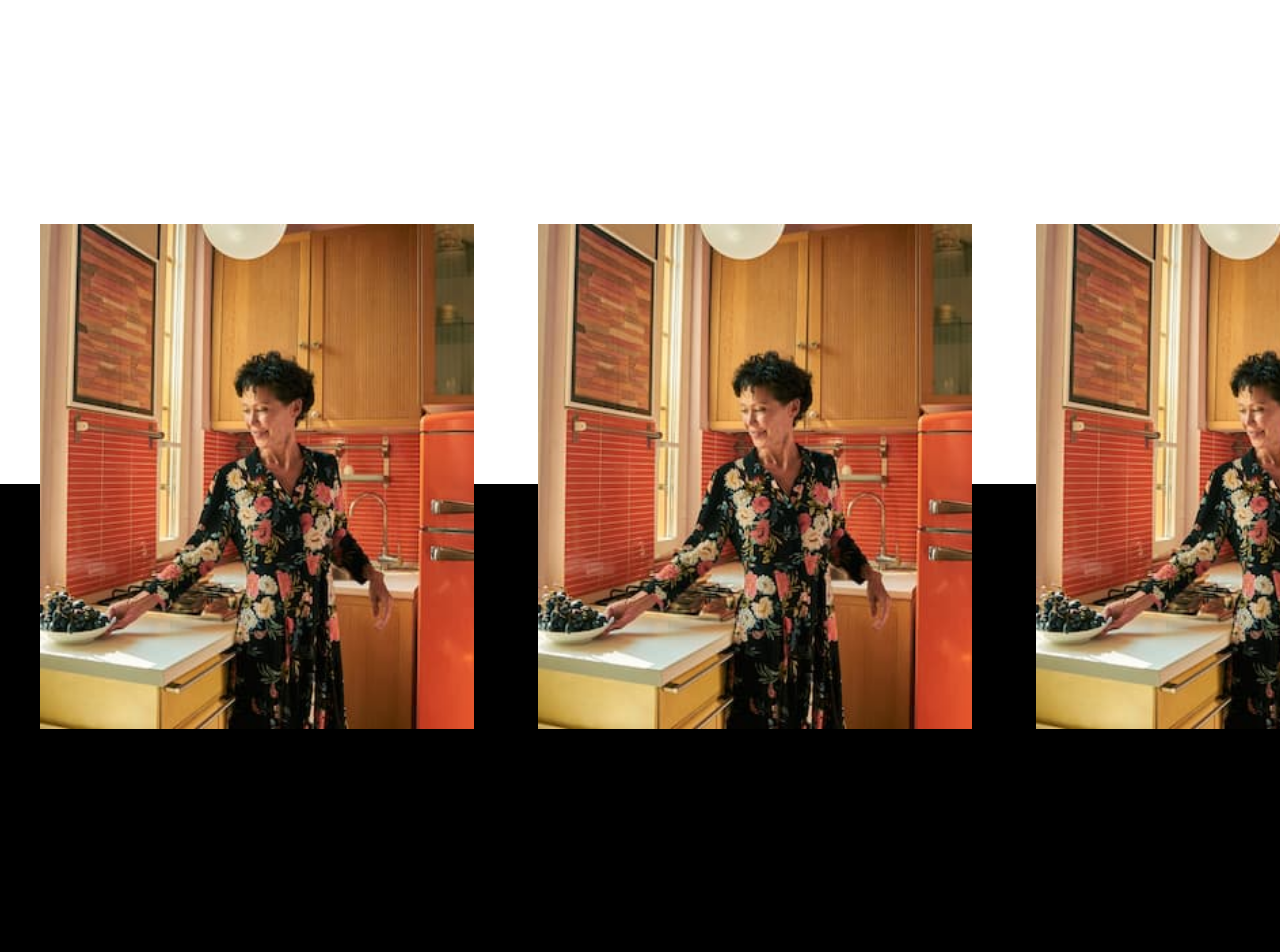
Repository: HoanTiny/AirbnbClone
Page: page3.html
An editor plug-in stored every save of this project. The page is shown before and after the next save, followed by the edit.
The browser window is 1280 px wide. The pictures show the part of the page from y = 984 to 1936 px (the page is 1968 px tall).

Above is the page before, as saved 2021-09-13 10:44:06.

### page3.html
<!DOCTYPE html>
<html lang="en">
    <head>
        <meta charset="UTF-8" />
        <meta http-equiv="X-UA-Compatible" content="IE=edge" />
        <meta name="viewport" content="width=device-width, initial-scale=1.0" />
        <link rel="stylesheet" href="./acess/css/mainpage3.css" />
        <link rel="stylesheet" href="./acess/css/gird.css" />
        <link rel="stylesheet" href="./acess/css/base.css" />
        <link rel="stylesheet" href="./acess/css/reponsive.css" />
        <link
            rel="stylesheet"
            href="./acess/font/fontawesome-free-5.15.3-web/css/all.min.css"
        />
        <title>Cho thuê nhà</title>
    </head>
    <body>
        <div class="app-p3">
            <div class="banner">
                <div class="banner__left">
                    <div class="banner__left-img">
                        <svg
                            width="30"
                            height="32"
                            fill="currentcolor"
                            color="#fff"
                            style="display: block"
                        >
                            <path
                                d="M29.24 22.68c-.16-.39-.31-.8-.47-1.15l-.74-1.67-.03-.03c-2.2-4.8-4.55-9.68-7.04-14.48l-.1-.2c-.25-.47-.5-.99-.76-1.47-.32-.57-.63-1.18-1.14-1.76a5.3 5.3 0 00-8.2 0c-.47.58-.82 1.19-1.14 1.76-.25.52-.5 1.03-.76 1.5l-.1.2c-2.45 4.8-4.84 9.68-7.04 14.48l-.06.06c-.22.52-.48 1.06-.73 1.64-.16.35-.32.73-.48 1.15a6.8 6.8 0 007.2 9.23 8.38 8.38 0 003.18-1.1c1.3-.73 2.55-1.79 3.95-3.32 1.4 1.53 2.68 2.59 3.95 3.33A8.38 8.38 0 0022.75 32a6.79 6.79 0 006.75-5.83 5.94 5.94 0 00-.26-3.5zm-14.36 1.66c-1.72-2.2-2.84-4.22-3.22-5.95a5.2 5.2 0 01-.1-1.96c.07-.51.26-.96.52-1.34.6-.87 1.65-1.41 2.8-1.41a3.3 3.3 0 012.8 1.4c.26.4.45.84.51 1.35.1.58.06 1.25-.1 1.96-.38 1.7-1.5 3.74-3.21 5.95zm12.74 1.48a4.76 4.76 0 01-2.9 3.75c-.76.32-1.6.41-2.42.32-.8-.1-1.6-.36-2.42-.84a15.64 15.64 0 01-3.63-3.1c2.1-2.6 3.37-4.97 3.85-7.08.23-1 .26-1.9.16-2.73a5.53 5.53 0 00-.86-2.2 5.36 5.36 0 00-4.49-2.28c-1.85 0-3.5.86-4.5 2.27a5.18 5.18 0 00-.85 2.21c-.13.84-.1 1.77.16 2.73.48 2.11 1.78 4.51 3.85 7.1a14.33 14.33 0 01-3.63 3.12c-.83.48-1.62.73-2.42.83a4.76 4.76 0 01-5.32-4.07c-.1-.8-.03-1.6.29-2.5.1-.32.25-.64.41-1.02.22-.52.48-1.06.73-1.6l.04-.07c2.16-4.77 4.52-9.64 6.97-14.41l.1-.2c.25-.48.5-.99.76-1.47.26-.51.54-1 .9-1.4a3.32 3.32 0 015.09 0c.35.4.64.89.9 1.4.25.48.5 1 .76 1.47l.1.2c2.44 4.77 4.8 9.64 7 14.41l.03.03c.26.52.48 1.1.73 1.6.16.39.32.7.42 1.03.19.9.29 1.7.19 2.5z"
                            ></path>
                        </svg>
                    </div>
                    <div class="banner__left-conttent">
                        <h1 class="banner__left-heading">
                            Đón tiếp khách làm nên linh hồn của Airbnb
                        </h1>
                        <button class="banner__left-btn">
                            Thử đón tiếp khách
                        </button>
                    </div>
                    <i class="fas fa-chevron-down banner__left-icon"></i>
                </div>
                <div class="banner-right">
                    <video
                        id="video"
                        src="./acess/img/Cho thuê nhà trên Airbnb.webm"
                        class="banner__right-video"
                        autoplay
                        crossorigin="anonymous"
                        playsinline
                        preload="auto"
                        aria-label="Chelsea, Chủ nhà ở Philadelphia, mỉm cười khi mở cửa. Soraya, Chủ nhà ở Mumbai, mỉm cười khi mở cửa trước cùng một người khác ở bên cạnh. Mohamed, Chủ nhà ở Johannesburg, mỉm cười khi mở cửa. Maria, Chủ nhà ở Mexico City, gật đầu mỉm cười khi mang cây đi."
                    ></video>
                </div>
            </div>
            <div class="content">
                <div class="content__heading">
                    <div class="grid wide">
                        <h2 class="content__heading-top">
                            Bạn có thể đón tiếp bất kỳ ai, ở bất cứ đâu
                        </h2>
                    </div>
                    <div class="grid wide">
                        <div class="content__home">
                            <div class="home__img">
                                <img src="./acess/img/home-p3.jpg" class="img content__home-img"></img>
                            </div>
                            <div class="home__img">
                                <img src="./acess/img/home-p3.jpg" class="img content__home-img"></img>
                            </div>
                            <div class="home__img">
                                <img src="./acess/img/home-p3.jpg" class="img content__home-img"></img>
                            </div>
                            <div class="home__img">
                                <img src="./acess/img/home-p3.jpg" class="img content__home-img"></img>
                            </div>
                        </div>
                    </div>
                </div>
                <div class="content__search"></div>
            </div>
        </div>
        <script>
            var videoPlayer = document.getElementById("video");
            // Auto play, half volume.
            videoPlayer.play();
            videoPlayer.volume = 0.5;

            // Play / pause.
            videoPlayer.addEventListener("click", function () {
                if (videoPlayer.paused == false) {
                    videoPlayer.pause();
                    videoPlayer.firstChild.nodeValue = "Play";
                } else {
                    videoPlayer.play();
                    videoPlayer.firstChild.nodeValue = "Pause";
                }
            });
        </script>
    </body>
</html>

### acess/css/mainpage3.css
body {
    margin: 0;
}

.banner {
    height: 100vh;
    display: flex;
    justify-content: center;
}
.banner__left {
    width: 50%;
    background-color: #000;
    position: relative;
}
.banner__left-img {
    padding: 24px;
}
.banner__left-conttent {
    display: flex;
    flex-direction: column;
    align-items: center;
    justify-content: center;
    position: absolute;
    top: 50%;
    left: 50%;
    transform: translate(-50%, -50%);
    width: fit-content;
}
.banner__left-heading {
    color: #fff;
    text-align: center;
    font-size: 6.8rem;
    line-height: 7rem;
    padding: 12px 24px;
    font-weight: 500;
}
.banner__left-btn {
    padding: 18px 32px;
    font-size: 1.8rem;
    border-radius: 12px;
    background-image: linear-gradient(
        to right,
        rgb(229, 29, 80),
        rgb(220, 14, 100)
    );
    color: var(--white-color);
    border: none;
    cursor: pointer;
}

.banner__left-icon {
    color: var(--white-color);
    position: absolute;
    bottom: 32px;
    font-size: 1.5rem;
    left: 50%;
    padding: 12px;
    margin-left: -12px;
    border-radius: 50%;
    cursor: pointer;
}

.banner__left-icon:hover {
    background-color: #999;
}

.banner-right {
    width: 50%;
}

.banner__right-video {
    object-fit: cover;
    object-position: center top;
    width: 100%;
    height: 100%;
}

.content__heading {
    position: relative;
    height: 700px;
}

.content__heading-top {
    margin-top: 48px;
    font-size: 5.8rem;
    line-height: 6.8rem;
    text-align: left;
    width: 60%;
}

.content__home {
    position: absolute;
    bottom: -35%;
    max-width: 100%;
    overflow-x: auto;
    flex-wrap: nowrap;
    display: flex;
}

.home__img {
    flex-shrink: 0;
    width: 35%;
    margin-right: 64px;
}

.content__home-img {
    height: 100%;
    width: 100%;
}

.content__search {
    background-color: #000;
    height: 500px;
}

### acess/css/gird.css
.grid {
    width: 100%;
    display: block;
    padding: 0;
}

.grid.wide {
    max-width: 1200px;
    margin: 0 auto;
}

.row {
    display: flex;
    flex-wrap: wrap;
    margin-left: -8px;
    margin-right: -8px;
}

.row.no-gutters {
    margin-left: 0;
    margin-right: 0;
}

.col {
    padding-left: 12px;
    padding-right: 12px;
}

.row.no-gutters .col {
    padding-left: 0;
    padding-right: 0;
}

.c-0 {
    display: none;
}

.c-1 {
    flex: 0 0 8.33333%;
    max-width: 8.33333%;
}

.c-2 {
    flex: 0 0 16.66667%;
    max-width: 16.66667%;
}

.c-3 {
    flex: 0 0 25%;
    max-width: 25%;
}

.c-4 {
    flex: 0 0 33.33333%;
    max-width: 33.33333%;
}

.c-5 {
    flex: 0 0 41.66667%;
    max-width: 41.66667%;
}

.c-6 {
    flex: 0 0 50%;
    max-width: 50%;
}

.c-7 {
    flex: 0 0 58.33333%;
    max-width: 58.33333%;
}

.c-8 {
    flex: 0 0 66.66667%;
    max-width: 66.66667%;
}

.c-9 {
    flex: 0 0 75%;
    max-width: 75%;
}

.c-10 {
    flex: 0 0 83.33333%;
    max-width: 83.33333%;
}

.c-11 {
    flex: 0 0 91.66667%;
    max-width: 91.66667%;
}

.c-12 {
    flex: 0 0 100%;
    max-width: 100%;
}

.c-o-1 {
    margin-left: 8.33333%;
}

.c-o-2 {
    margin-left: 16.66667%;
}

.c-o-3 {
    margin-left: 25%;
}

.c-o-4 {
    margin-left: 33.33333%;
}

.c-o-5 {
    margin-left: 41.66667%;
}

.c-o-6 {
    margin-left: 50%;
}

.c-o-7 {
    margin-left: 58.33333%;
}

.c-o-8 {
    margin-left: 66.66667%;
}

.c-o-9 {
    margin-left: 75%;
}

.c-o-10 {
    margin-left: 83.33333%;
}

.c-o-11 {
    margin-left: 91.66667%;
}

/* >= Tablet */
@media (min-width: 740px) {
    .row {
        margin-left: -4px;
        margin-right: -4px;
    }

    .col {
        padding-left: 4px;
        padding-right: 4px;
    }

    .m-0 {
        display: none;
    }

    .m-1,
    .m-2,
    .m-3,
    .m-4,
    .m-5,
    .m-6,
    .m-7,
    .m-8,
    .m-9,
    .m-10,
    .m-11,
    .m-12 {
        display: block;
    }

    .m-1 {
        flex: 0 0 8.33333%;
        max-width: 8.33333%;
    }

    .m-2 {
        flex: 0 0 16.66667%;
        max-width: 16.66667%;
    }

    .m-3 {
        flex: 0 0 25%;
        max-width: 25%;
    }

    .m-4 {
        flex: 0 0 33.33333%;
        max-width: 33.33333%;
    }

    .m-5 {
        flex: 0 0 41.66667%;
        max-width: 41.66667%;
    }

    .m-6 {
        flex: 0 0 50%;
        max-width: 50%;
    }

    .m-7 {
        flex: 0 0 58.33333%;
        max-width: 58.33333%;
    }

    .m-8 {
        flex: 0 0 66.66667%;
        max-width: 66.66667%;
    }

    .m-9 {
        flex: 0 0 75%;
        max-width: 75%;
    }

    .m-10 {
        flex: 0 0 83.33333%;
        max-width: 83.33333%;
    }

    .m-11 {
        flex: 0 0 91.66667%;
        max-width: 91.66667%;
    }

    .m-12 {
        flex: 0 0 100%;
        max-width: 100%;
    }

    .m-o-1 {
        margin-left: 8.33333%;
    }

    .m-o-2 {
        margin-left: 16.66667%;
    }

    .m-o-3 {
        margin-left: 25%;
    }

    .m-o-4 {
        margin-left: 33.33333%;
    }

    .m-o-5 {
        margin-left: 41.66667%;
    }

    .m-o-6 {
        margin-left: 50%;
    }

    .m-o-7 {
        margin-left: 58.33333%;
    }

    .m-o-8 {
        margin-left: 66.66667%;
    }

    .m-o-9 {
        margin-left: 75%;
    }

    .m-o-10 {
        margin-left: 83.33333%;
    }

    .m-o-11 {
        margin-left: 91.66667%;
    }
}

/* PC medium resolution > */
@media (min-width: 1113px) {
    .row {
        margin-left: -12px;
        margin-right: -12px;
    }

    .row.sm-gutter {
        margin-left: -5px;
        margin-right: -5px;
    }

    .col {
        padding-left: 12px;
        padding-right: 12px;
    }

    .row.sm-gutter .col {
        padding-left: 5px;
        padding-right: 5px;
    }

    .l-0 {
        display: none;
    }

    .l-1,
    .l-2,
    .l-2-4,
    .l-3,
    .l-4,
    .l-5,
    .l-6,
    .l-7,
    .l-8,
    .l-9,
    .l-10,
    .l-11,
    .l-12 {
        display: block;
    }

    .l-1 {
        flex: 0 0 8.33333%;
        max-width: 8.33333%;
    }

    .l-2 {
        flex: 0 0 16.66667%;
        max-width: 16.66667%;
    }

    .l-2-4 {
        flex: 0 0 20%;
        max-width: 20%;
    }

    .l-3 {
        flex: 0 0 25%;
        max-width: 25%;
    }

    .l-4 {
        flex: 0 0 33.33333%;
        max-width: 33.33333%;
    }

    .l-5 {
        flex: 0 0 41.66667%;
        max-width: 41.66667%;
    }

    .l-6 {
        flex: 0 0 50%;
        max-width: 50%;
    }

    .l-7 {
        flex: 0 0 58.33333%;
        max-width: 58.33333%;
    }

    .l-8 {
        flex: 0 0 66.66667%;
        max-width: 66.66667%;
    }

    .l-9 {
        flex: 0 0 75%;
        max-width: 75%;
    }

    .l-10 {
        flex: 0 0 83.33333%;
        max-width: 83.33333%;
    }

    .l-11 {
        flex: 0 0 91.66667%;
        max-width: 91.66667%;
    }

    .l-12 {
        flex: 0 0 100%;
        max-width: 100%;
    }

    .l-o-1 {
        margin-left: 8.33333%;
    }

    .l-o-2 {
        margin-left: 16.66667%;
    }

    .l-o-3 {
        margin-left: 25%;
    }

    .l-o-4 {
        margin-left: 33.33333%;
    }

    .l-o-5 {
        margin-left: 41.66667%;
    }

    .l-o-6 {
        margin-left: 50%;
    }

    .l-o-7 {
        margin-left: 58.33333%;
    }

    .l-o-8 {
        margin-left: 66.66667%;
    }

    .l-o-9 {
        margin-left: 75%;
    }

    .l-o-10 {
        margin-left: 83.33333%;
    }

    .l-o-11 {
        margin-left: 91.66667%;
    }
}

/* Tablet - PC low resolution */
@media (min-width: 740px) and (max-width: 1023px) {
    .wide {
        width: 644px;
    }
}

/* > PC low resolution */
@media (min-width: 1024px) and (max-width: 1239px) {
    .wide {
        width: 984px;
    }

    .wide .row {
        margin-left: -12px;
        margin-right: -12px;
    }

    .wide .row.sm-gutter {
        margin-left: -5px;
        margin-right: -5px;
    }

    .wide .col {
        padding-left: 12px;
        padding-right: 12px;
    }

    .wide .row.sm-gutter .col {
        padding-left: 5px;
        padding-right: 5px;
    }

    .wide .l-0 {
        display: none;
    }

    .wide .l-1,
    .wide .l-2,
    .wide .l-2-4,
    .wide .l-3,
    .wide .l-4,
    .wide .l-5,
    .wide .l-6,
    .wide .l-7,
    .wide .l-8,
    .wide .l-9,
    .wide .l-10,
    .wide .l-11,
    .wide .l-12 {
        display: block;
    }

    .wide .l-1 {
        flex: 0 0 8.33333%;
        max-width: 8.33333%;
    }

    .wide .l-2 {
        flex: 0 0 16.66667%;
        max-width: 16.66667%;
    }

    .wide .l-2-4 {
        flex: 0 0 20%;
        max-width: 20%;
    }

    .wide .l-3 {
        flex: 0 0 25%;
        max-width: 25%;
    }

    .wide .l-4 {
        flex: 0 0 33.33333%;
        max-width: 33.33333%;
    }

    .wide .l-5 {
        flex: 0 0 41.66667%;
        max-width: 41.66667%;
    }

    .wide .l-6 {
        flex: 0 0 50%;
        max-width: 50%;
    }

    .wide .l-7 {
        flex: 0 0 58.33333%;
        max-width: 58.33333%;
    }

    .wide .l-8 {
        flex: 0 0 66.66667%;
        max-width: 66.66667%;
    }

    .wide .l-9 {
        flex: 0 0 75%;
        max-width: 75%;
    }

    .wide .l-10 {
        flex: 0 0 83.33333%;
        max-width: 83.33333%;
    }

    .wide .l-11 {
        flex: 0 0 91.66667%;
        max-width: 91.66667%;
    }

    .wide .l-12 {
        flex: 0 0 100%;
        max-width: 100%;
    }

    .wide .l-o-1 {
        margin-left: 8.33333%;
    }

    .wide .l-o-2 {
        margin-left: 16.66667%;
    }

    .wide .l-o-3 {
        margin-left: 25%;
    }

    .wide .l-o-4 {
        margin-left: 33.33333%;
    }

    .wide .l-o-5 {
        margin-left: 41.66667%;
    }

    .wide .l-o-6 {
        margin-left: 50%;
    }

    .wide .l-o-7 {
        margin-left: 58.33333%;
    }

    .wide .l-o-8 {
        margin-left: 66.66667%;
    }

    .wide .l-o-9 {
        margin-left: 75%;
    }

    .wide .l-o-10 {
        margin-left: 83.33333%;
    }

    .wide .l-o-11 {
        margin-left: 91.66667%;
    }
}

### acess/css/base.css
:root {
    --white-color:#fff;
    --black-color: #000;
    --text-color: #333;
}

* {
    box-sizing: inherit;
}

html {
    /* font-family: Circular, -apple-system, BlinkMacSystemFont, Roboto, "Helvetica Neue", sans-serif; */
    font-family: 'Font Awesome 5 Free';
    box-sizing: border-box;
    font-size: 62.5%;
    line-height: 1.8rem;
}

### acess/css/reponsive.css
@media (min-width: 723px) and (max-width: 1023px) {
    .hold-on-mobile-tablet {
        display: none;
    }
    .background {
        background-position: unset;
    }

    .header__nav-list-tablet {
        display: flex;
    }

    .search {
        margin: 0;
    }

    .search__item:first-of-type {
        padding-left: 32px;
    }

    .search__item {
        margin: 0;
        padding: 12px;
    }

    .home__product-tablet {
        height: 140px;
        overflow: hidden;
        display: -webkit-box;
        -webkit-line-clamp: 2;
    }

    .home__category-tablet {
        display: flex;
        max-width: 100%;
        overflow-x: auto;
        flex-wrap: nowrap;
    }

    .home__category-tablet::-webkit-scrollbar {
        display: none;
    }

    .home__category-item-tablet {
        width: 33.3333%;
        flex-shrink: 0;
    }

    .footer-end {
        flex-direction: column-reverse;
    }

    .footer__end-social-list{
        display: flex;
        justify-content: center;
    }

    .footer__end-copyright-list{
        flex-wrap: wrap;
        justify-content: center;
    }

    .footer__end-copyright__item:first-of-type {
        width: 100%;
        text-align: center;
        margin-bottom: 4px;
    }

    .header__nav-scrollba-btn {
        margin-left: auto;
    }

}

@media (max-width: 723px)
{
    .hold-on-mobile {
        display: none;
    }

    .search {
        display: none;
    }
    .header__nav {
        display: none;
    }

    .header__mobile{
        display: flex;
    }

    .footer {
        text-align: center;
    }

    .home__category-tablet {
        display: flex;
        max-width: 100%;
        overflow-x: auto;
        flex-wrap: nowrap;
    }

    .home__category-tablet::-webkit-scrollbar {
        display: none;
    }

    .home__category-item-tablet {
        width: 33.3333%;
        flex-shrink: 0;
    }

    #header__nav-scrollbar {
        display: none;
    }

    .header__mobile {
        position: fixed;
        top: 0px;
        left: 0;
        right: 0;
        z-index: 12;
        align-items: center;
    }

    .header__mobile-btn {
        border: none;
        background-color: rgb(247, 247, 247);
        box-shadow: none;
        top: 20;
    }

    .web__content-heading {
        font-size: 2.2rem;
        line-height: 2.6rem;
    }

    .home__category-next {
        display: none;
    }

    .home__category-return--active {
        display: none;
    }

    .home__experience-mobile {
        display: flex;
        max-width: 100%;
        overflow-x: auto;
        flex-wrap: nowrap;
    }

    .home__experience-mobile::-webkit-scrollbar {
        display: none;
    }

    .home__experience-mobile-item {
        width: 75%;
        flex-shrink: 0;
    }

    path {
        display: none;
    }
    .search-where {
        display: block;
        position: revert;
    }

    .search-where-icon {
        display: none;
    }

    /* Page 2 */

    .home-place__item-img {
        height: 345px;
    }

    .menu-list__item {
        border: none;
    }

    .header-page2 {
        border-bottom: none;
    }

    .header__mobile-page2 {
        display: block;
    }

    .home-place {
        margin-top: 115px;
    }

}

Loaded but not shown: acess/font/fontawesome-free-5.15.3-web/css/all.min.css (library)

After the next save:
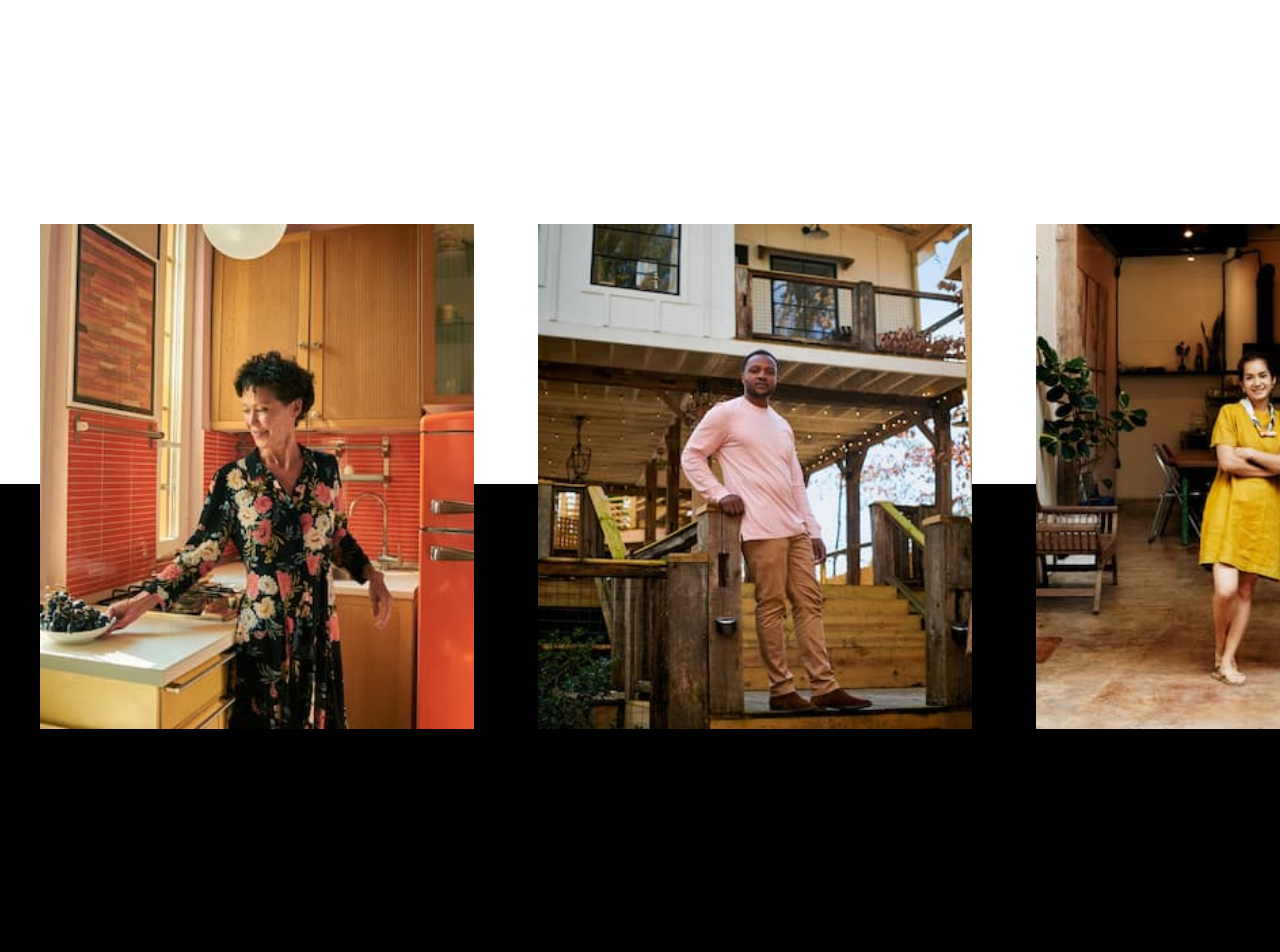
Saved 70 s later.
--- a/page3.html
+++ b/page3.html
@@ -67,13 +67,13 @@
                                 <img src="./acess/img/home-p3.jpg" class="img content__home-img"></img>
                             </div>
                             <div class="home__img">
-                                <img src="./acess/img/home-p3.jpg" class="img content__home-img"></img>
+                                <img src="./acess/img/home-p3-2.jpg" class="img content__home-img"></img>
                             </div>
                             <div class="home__img">
-                                <img src="./acess/img/home-p3.jpg" class="img content__home-img"></img>
+                                <img src="./acess/img/home-p3-3.jpg" class="img content__home-img"></img>
                             </div>
                             <div class="home__img">
-                                <img src="./acess/img/home-p3.jpg" class="img content__home-img"></img>
+                                <img src="./acess/img/home-p3-4.jpg" class="img content__home-img"></img>
                             </div>
                         </div>
                     </div>
